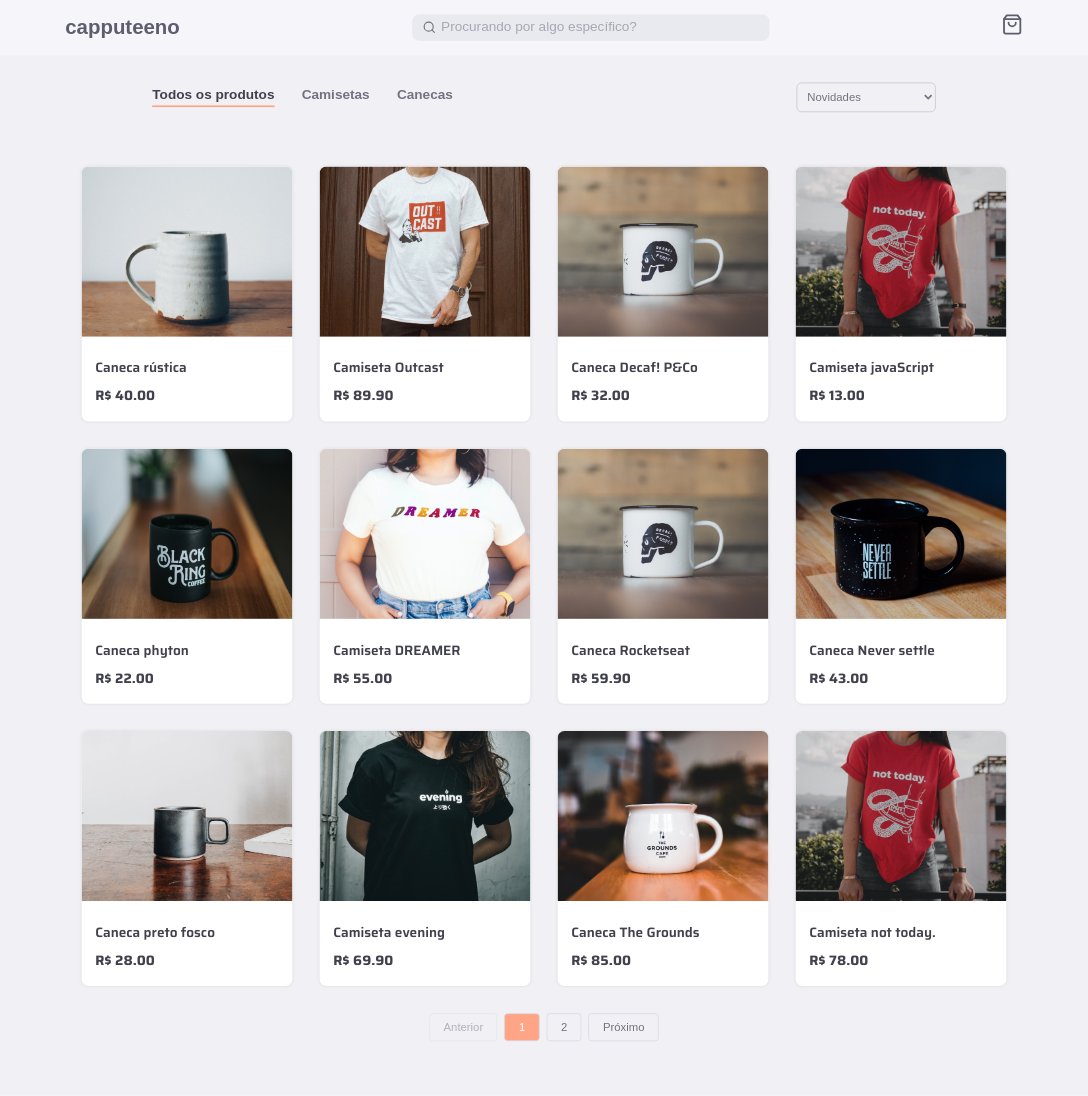
Repository: Biel-barbosa/capputeenoecomerce
Page: /
These files come from the project's save history. The page is drawn as it stood at one moment and after the next save; the edit follows.
The browser window is 1280 px wide. The pictures show the whole page, at 85% of full size.
Some web fonts or font styles are not loaded; a fallback is used. The project was rebuilt for these pictures with package versions that can differ from the ones it lists, and the page was loaded fresh each time. The framework's server and built-in components were replaced by stand-ins that run in the browser. Also part of the build but not shown: next.config.ts.

Above is the page before, as saved 2025-04-25 16:00:04.

After the next save:
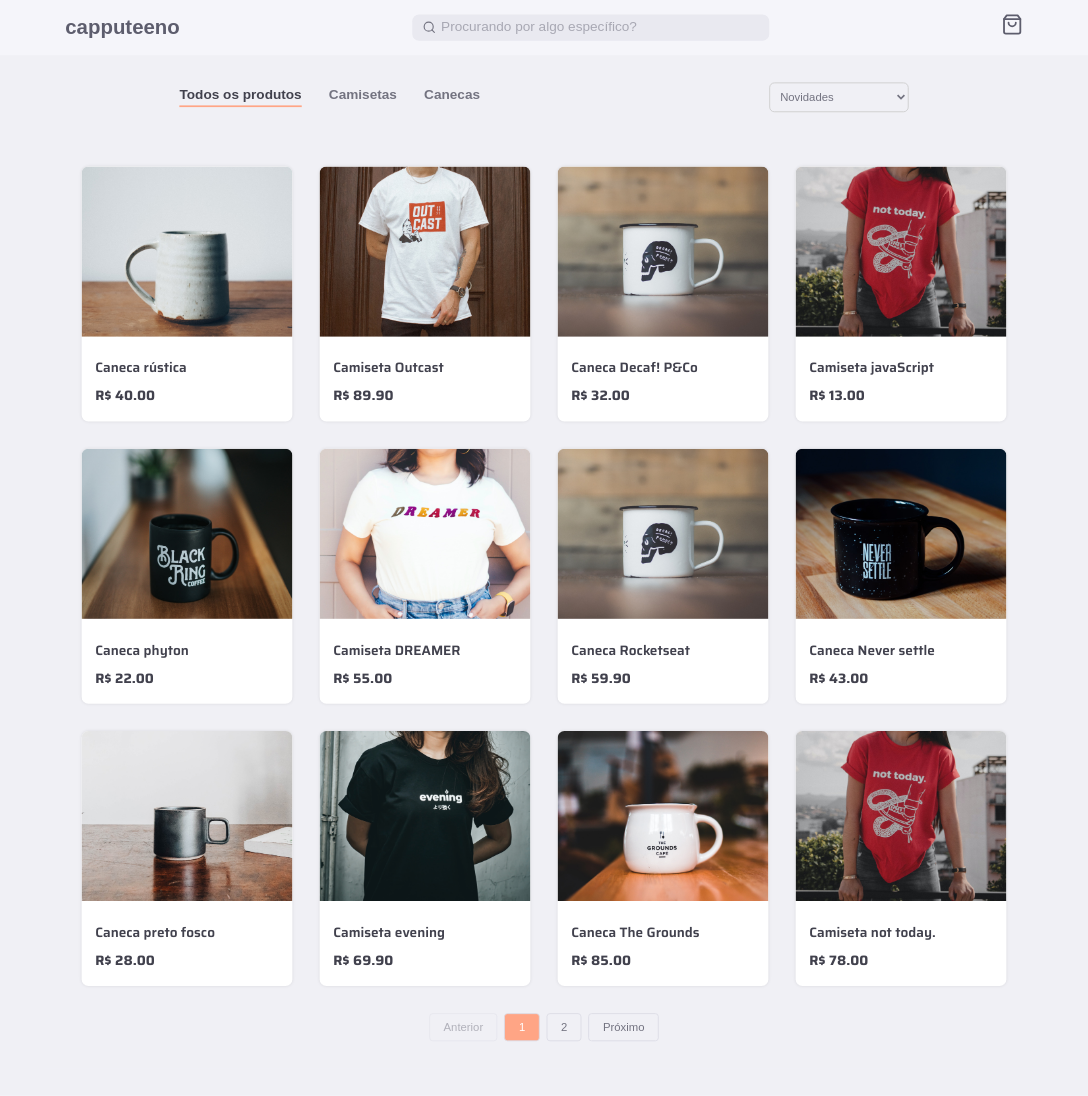
Saved 4 s later.
--- a/src/app/page.tsx
+++ b/src/app/page.tsx
@@ -32,7 +32,7 @@ const FiltersWrapper = styled.div`
   align-items: center;
   flex-wrap: wrap;
   margin-bottom: 2rem;
-  padding: 0rem 8rem;
+  padding: 0rem 10rem;
 
   @media (max-width: 768px) {
     flex-direction: column;
